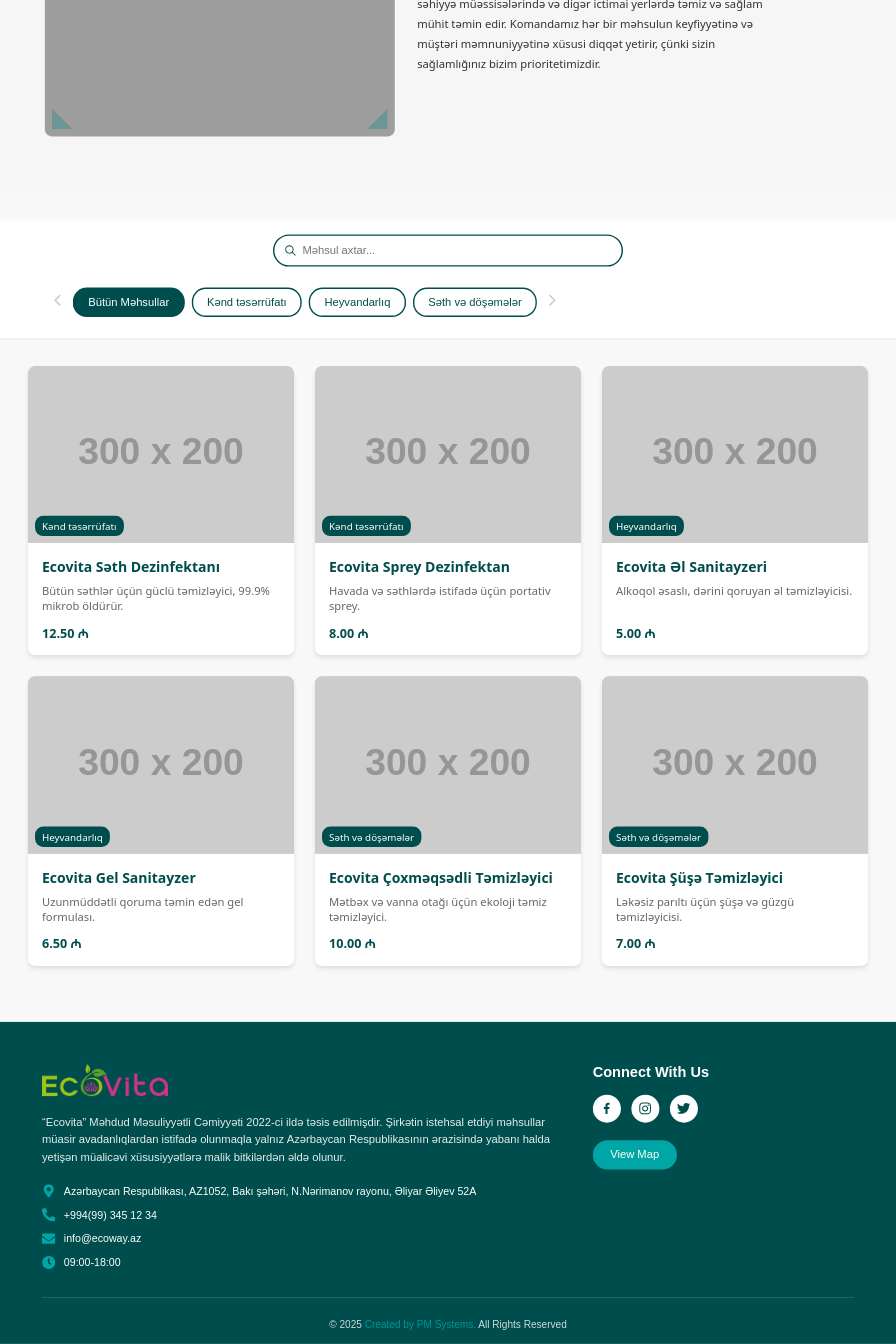
Repository: ferhadsultan98/ecovita
Page: /
These files come from the project's save history. The page is drawn as it stood at one moment and after a run of saves; the edit follows.
The browser window is 1280 px wide. The pictures show the part of the page from y = 1277 to 3197 px (the page is 3197 px tall before and 3127 px after), at 70% of full size.
Pictures or frames that could not be fetched are drawn as grey boxes. The project was rebuilt for these pictures with package versions that can differ from the ones it lists, and the page was loaded fresh each time. Also part of the build but not shown: vite.config.js.

Above is the page before, as saved 2025-05-02 13:59:11.

After the next 2 saves:
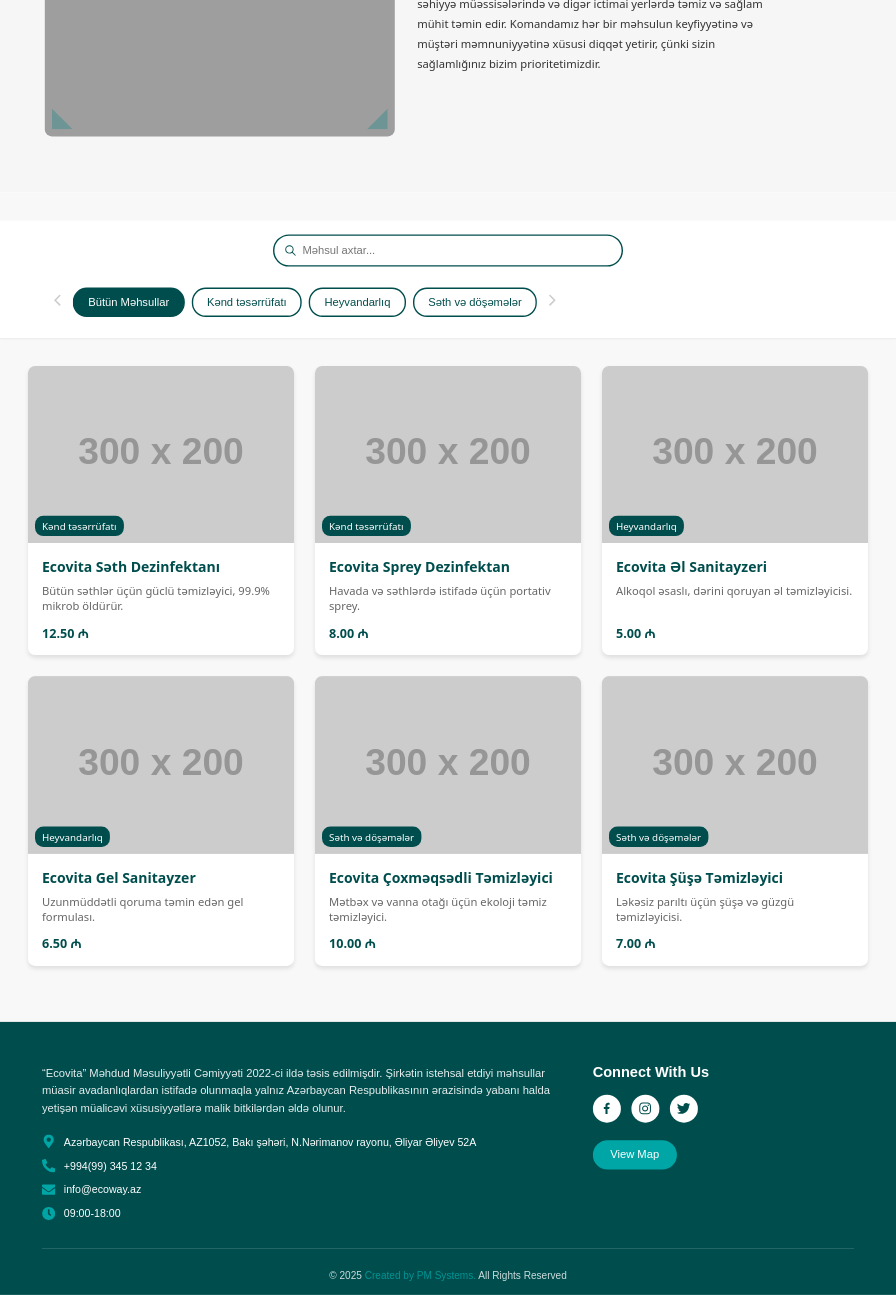
The 2 saves are shown as one change because they came seconds apart.
The last was saved 8 s later.
--- a/src/Components/Common/Footer/Footer.jsx
+++ b/src/Components/Common/Footer/Footer.jsx
@@ -10,7 +10,7 @@
   FaEnvelope,
   FaClock,
 } from "react-icons/fa";
-import footerLogo from "../../../../public/assets/Fotolar/logo.png";
+
 
 const Footer = () => {
   const [showScrollTop, setShowScrollTop] = useState(false);
@@ -35,7 +35,7 @@
         <div className="container">
           <div className="footerMain">
             <div className="footerInfo">
-              <img src={footerLogo} alt="footerLogo" className="footerLogo" />
+
               <p className="footerDescription">
                 “Ecovita” Məhdud Məsuliyyətli Cəmiyyəti 2022-ci ildə təsis
                 edilmişdir. Şirkətin istehsal etdiyi məhsullar müasir

After the save that followed:
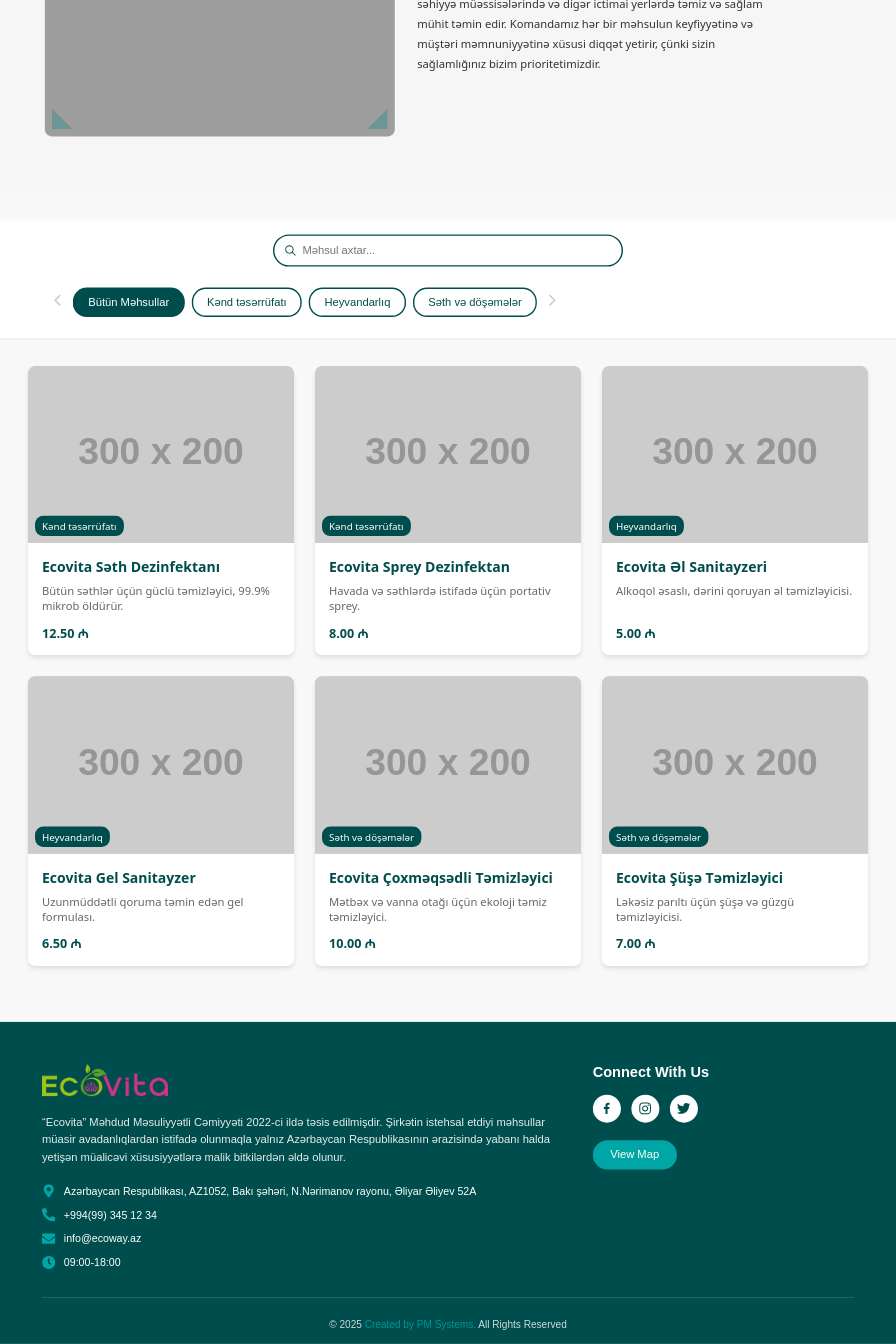
Saved 7 s later.
--- a/src/Components/Common/Footer/Footer.jsx
+++ b/src/Components/Common/Footer/Footer.jsx
@@ -10,7 +10,7 @@
   FaEnvelope,
   FaClock,
 } from "react-icons/fa";
-
+import footerLogo from "../../../../public/assets/Fotolar/logo.png";
 
 const Footer = () => {
   const [showScrollTop, setShowScrollTop] = useState(false);
@@ -35,7 +35,7 @@
         <div className="container">
           <div className="footerMain">
             <div className="footerInfo">
-
+              <img src={footerLogo} alt="footerLogo" className="footerLogo" />
               <p className="footerDescription">
                 “Ecovita” Məhdud Məsuliyyətli Cəmiyyəti 2022-ci ildə təsis
                 edilmişdir. Şirkətin istehsal etdiyi məhsullar müasir
